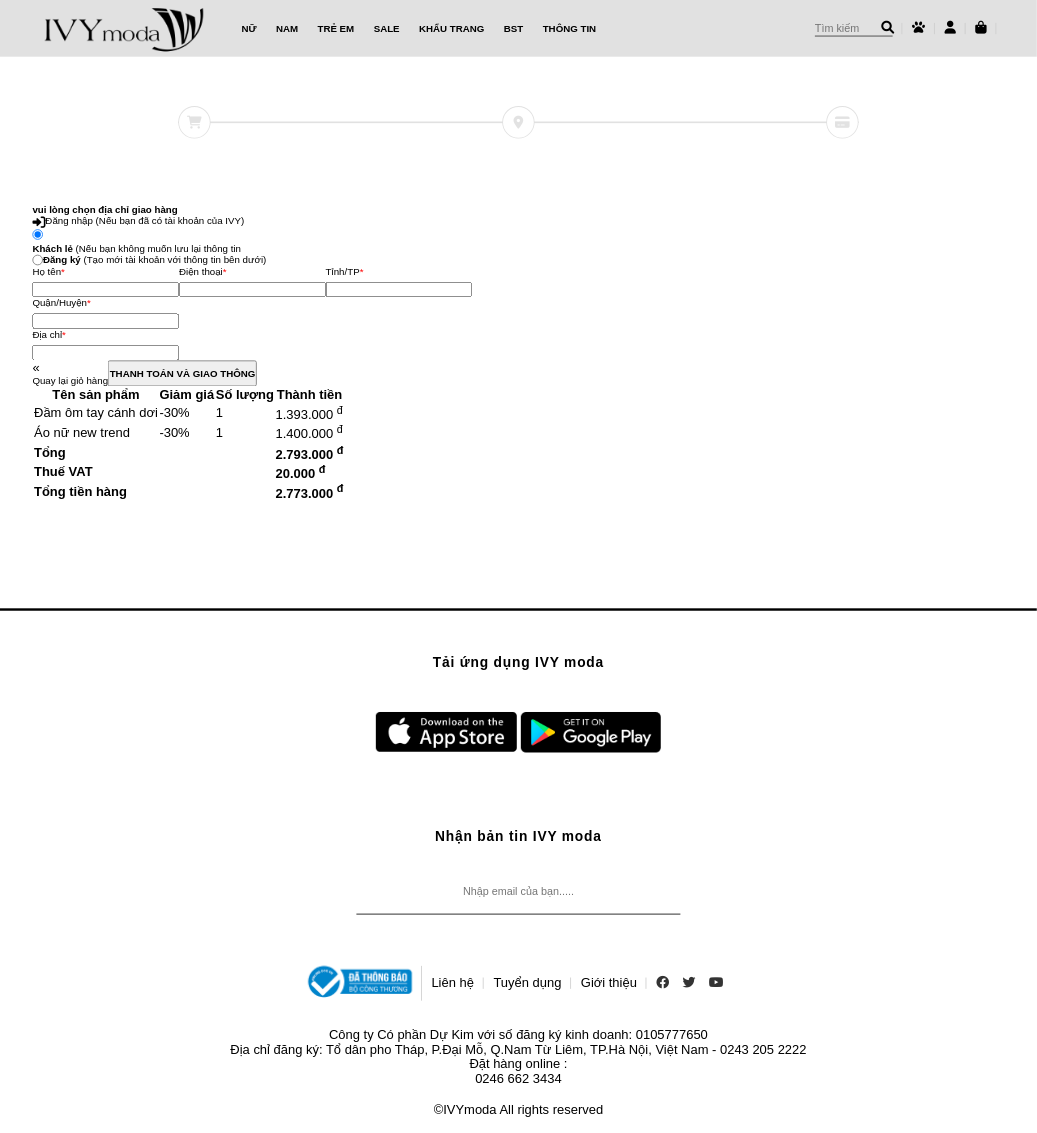
Repository: dinhvanbinh2310/ivy-moda
Page: delivery.html
An editor plug-in stored every save of this project. The page is shown before and after the next save, followed by the edit.
The browser window is 1280 px wide. The pictures show the whole page, at 81% of full size.

Above is the page before, as saved 2022-05-08 17:07:34.

After the next save:
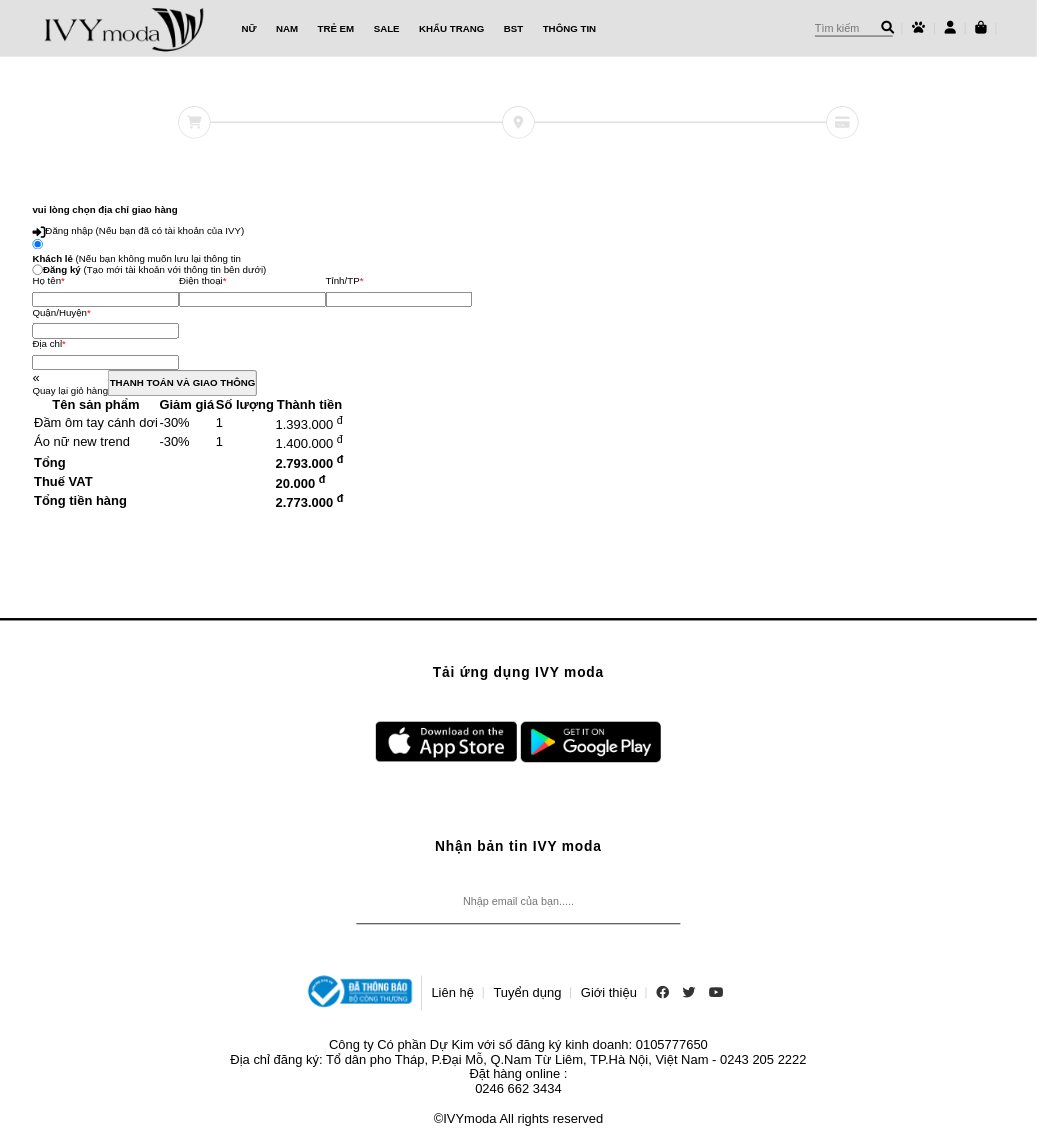
Saved 3 min 26 s later.
--- a/css/style.css
+++ b/css/style.css
@@ -752,5 +752,7 @@
 }
 .delivery-content-left > p{
   font-weight: bold;
-
-}
+}
+.delivery-content-left-signin{
+  margin-top: 12px;
+}
